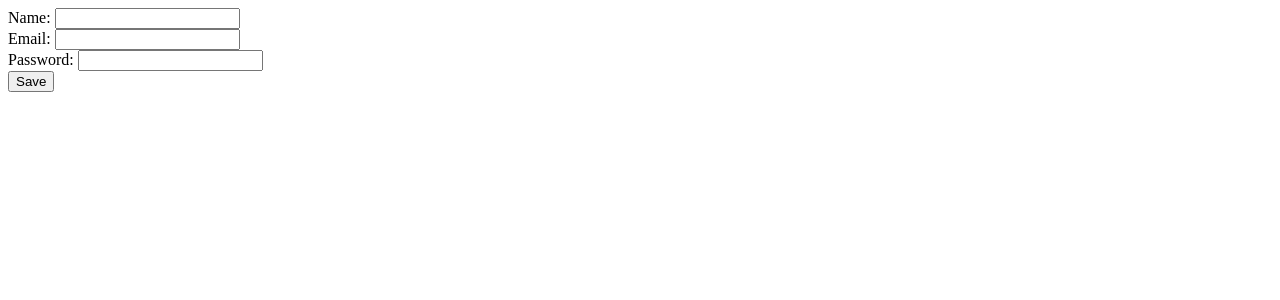
Repository: nguyenpr9/test1
Page: http://localhost/product-create.php
An editor plug-in stored every save of this project. The page is shown before and after the next save, followed by the edit.
The browser window is 1280 px wide. The pictures show the whole page.
The page is run by PHP 8.4 with error messages shown; the project is at /var/www/html/.

Above is the page before, as saved 2023-09-07 17:53:19.

After the next save:
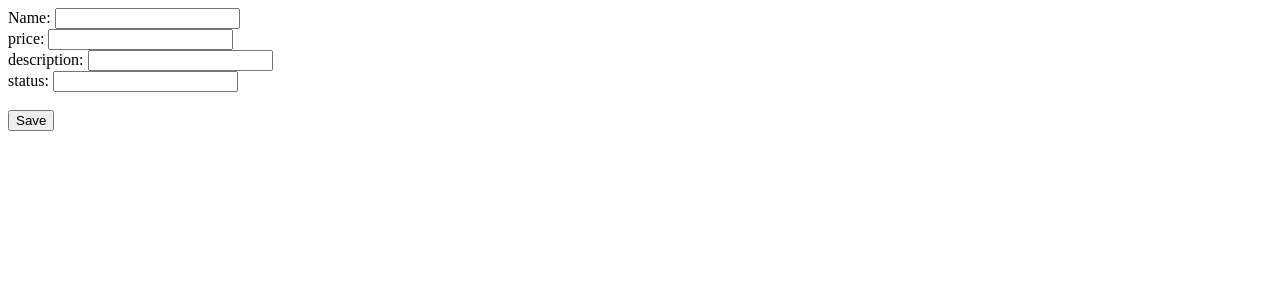
Saved 66 s later.
--- a/product-create.php
+++ b/product-create.php
@@ -54,9 +54,30 @@ if ($_SERVER['REQUEST_METHOD'] == 'POST') {
             </span>
             <br>
         <?php endif ?>
-        Email: <input type="email" name="email" />
+        price: <input type="text" name="price" />
         <br>
-        Password: <input type="password" name="password" />
+        <?php if (isset($errprice)) : ?>
+            <span style="color: red;">
+                <?php echo $errprice ?>
+            </span>
+            <br>
+        <?php endif ?>
+        description: <input type="text" name="description" />
+        <br>
+        <?php if (isset($errdescription)) : ?>
+            <span style="color: red;">
+                <?php echo $errdescription ?>
+            </span>
+            <br>
+        <?php endif ?>
+        status: <input type="text" name="status" />
+        <br>
+        <?php if (isset($errstatus)) : ?>
+            <span style="color: red;">
+                <?php echo $errstatus ?>
+            </span>
+            <br>
+        <?php endif ?>
         <br>
         <button type="submit">Save</button>
     </form>
